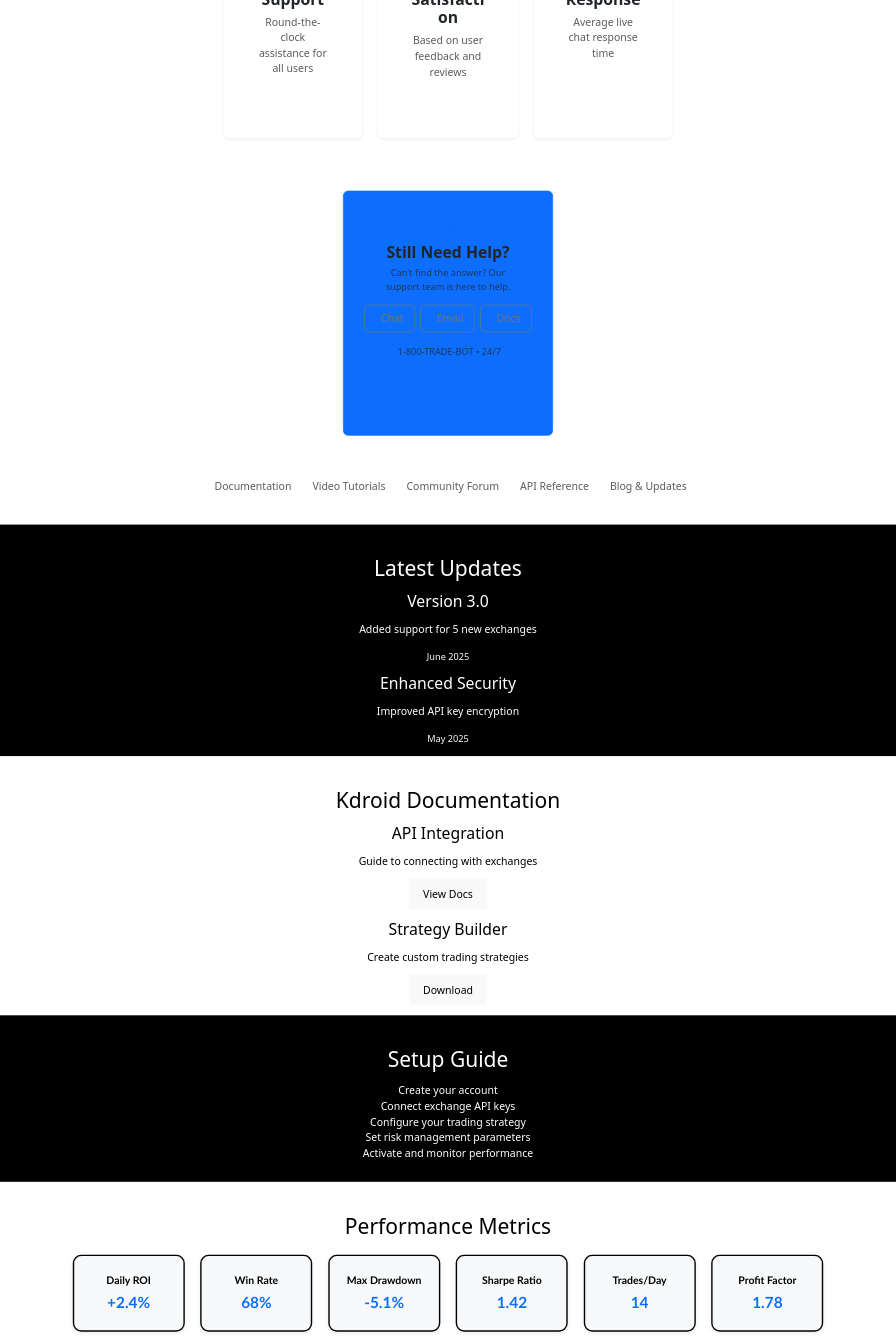
Repository: Kevin-Pro-Codes/halo-trading
Page: /
An editor plug-in stored every save of this project. The page is shown before and after the next save, followed by the edit.
The browser window is 1280 px wide. The pictures show the part of the page from y = 2358 to 4278 px (the page is 10375 px tall before and 10352 px after), at 70% of full size.
The page's requests for data from a server got no answer. The project was rebuilt for these pictures with package versions that can differ from the ones it lists, and the page was loaded fresh each time. Some packages were replaced by stand-ins written for this rebuild. No one was signed in, and anything a server would have sent is missing. Also part of the build but not shown: vite.config.js, src/styles/DocStyle.css, src/styles/PricingStyle.css.

Above is the page before, as saved 2025-12-09 15:38:42.

After the next save:
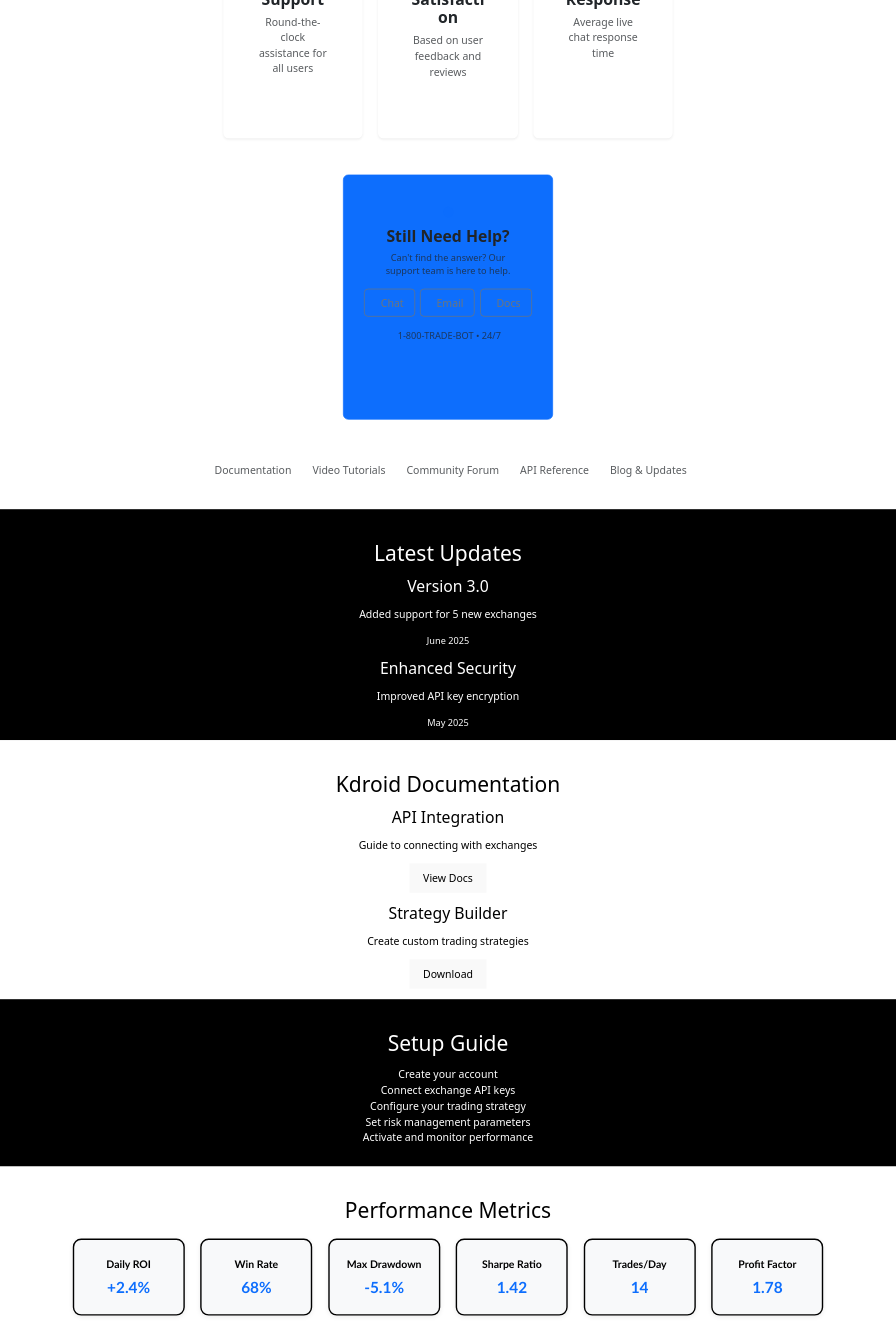
Saved 11 s later.
--- a/src/components/FaqSection.jsx
+++ b/src/components/FaqSection.jsx
@@ -161,7 +161,7 @@ const FaqSection = () => {
         </div>
 
         {/* Stats */}
-        <div className="row justify-content-center mt-5 mb-5">
+        <div className="row justify-content-center mt-5 mb-0">
           <div className="col-sm-7">
             <div className="row g-4">
               <div className="col-md-4 text-center">
